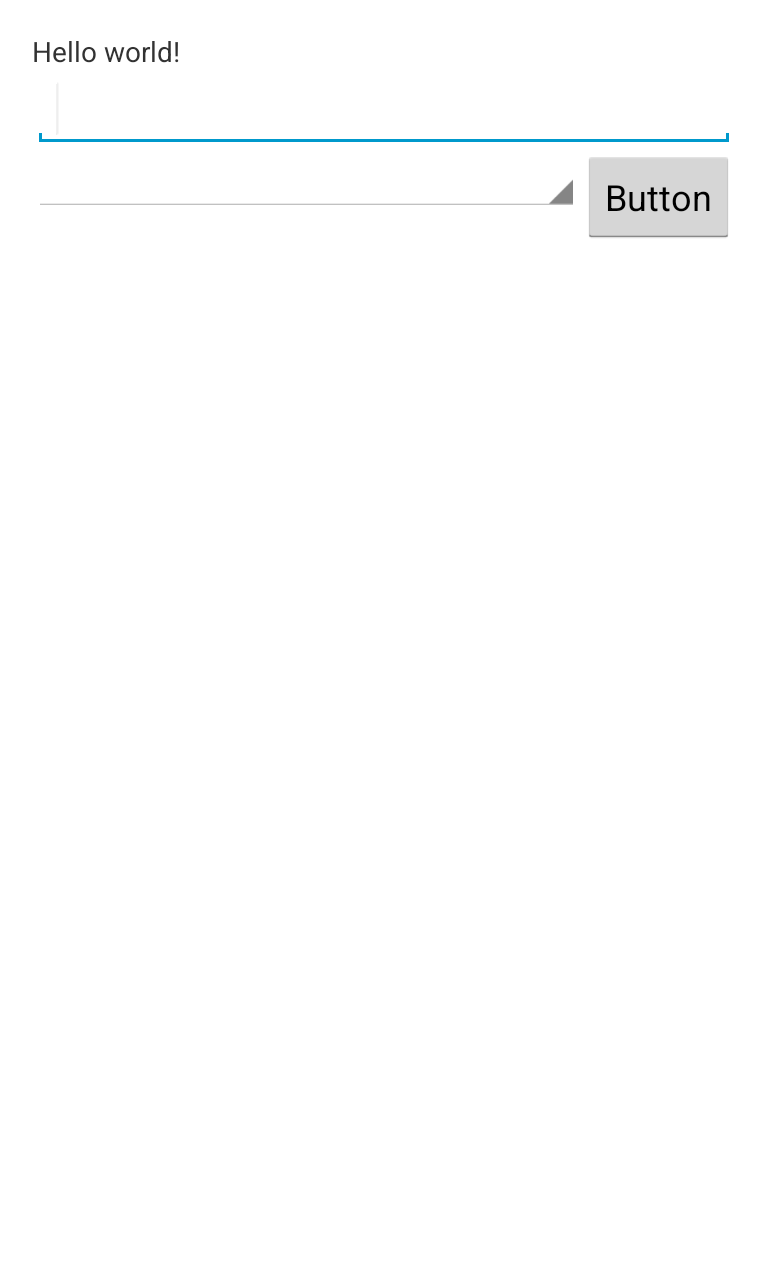
Repository: ericluo1123/myAndroidCode
Layout: SimplePush/res/layout/activity_main.xml
An editor plug-in stored every save of this project. The layout is shown before and after the next save, followed by the edit.
It is drawn on a 768 x 1280 px phone screen (xhdpi) without system bars, with theme AppTheme; the app's code is not run.

Above is the layout before, as saved 2014-09-30 13:39:23.

After the next save:
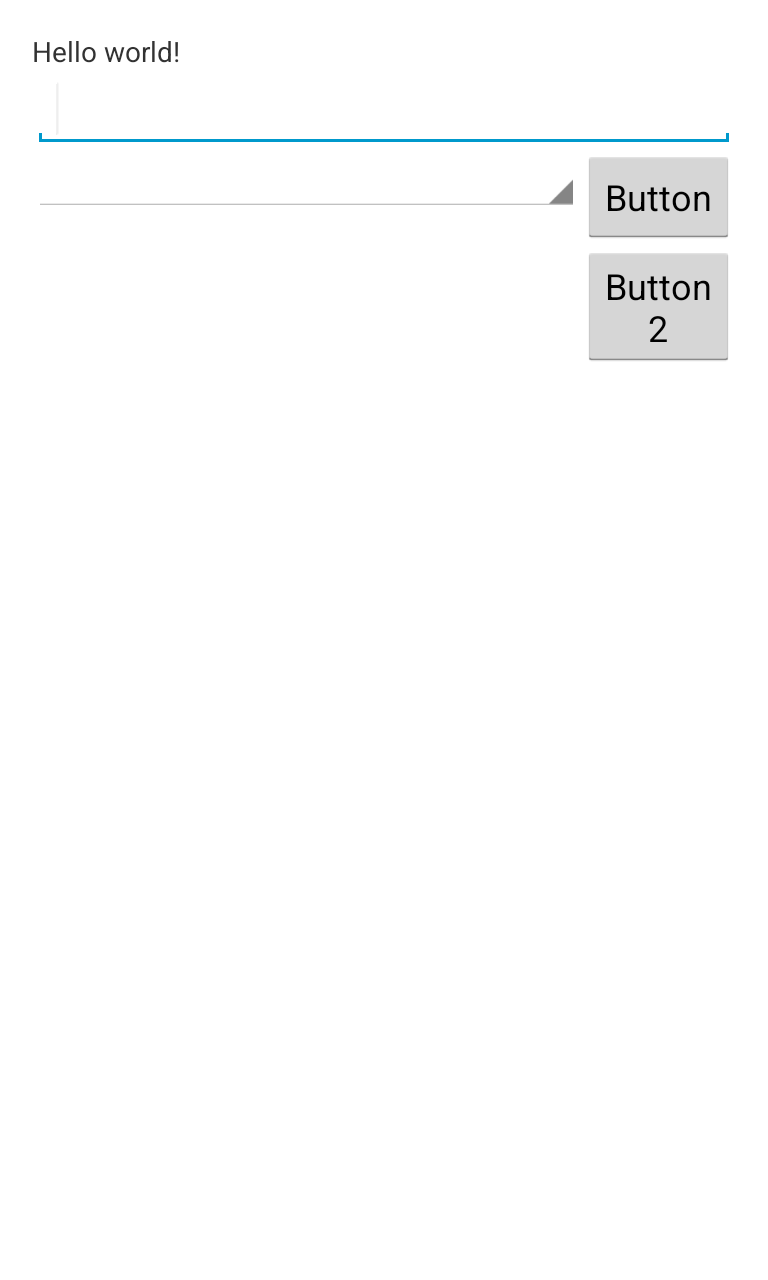
Saved 16 min 22 s later.
--- a/SimplePush/res/layout/activity_main.xml
+++ b/SimplePush/res/layout/activity_main.xml
@@ -42,4 +42,25 @@
         android:layout_below="@+id/editText1"
         android:layout_toLeftOf="@+id/button1" />
 
+    <Button
+        android:id="@+id/button2"
+        android:layout_width="wrap_content"
+        android:layout_height="wrap_content"
+        android:layout_below="@+id/button1"
+        android:layout_toRightOf="@+id/spinner1"
+        android:onClick="send2"
+        android:text="Button2" />
+
+    <LinearLayout
+        android:layout_width="match_parent"
+        android:layout_height="wrap_content"
+        android:layout_alignLeft="@+id/spinner1"
+        android:layout_alignParentBottom="true"
+        android:layout_below="@+id/button2"
+        android:layout_marginLeft="18dp"
+        android:layout_marginTop="26dp"
+        android:orientation="vertical" >
+
+    </LinearLayout>
+
 </RelativeLayout>
